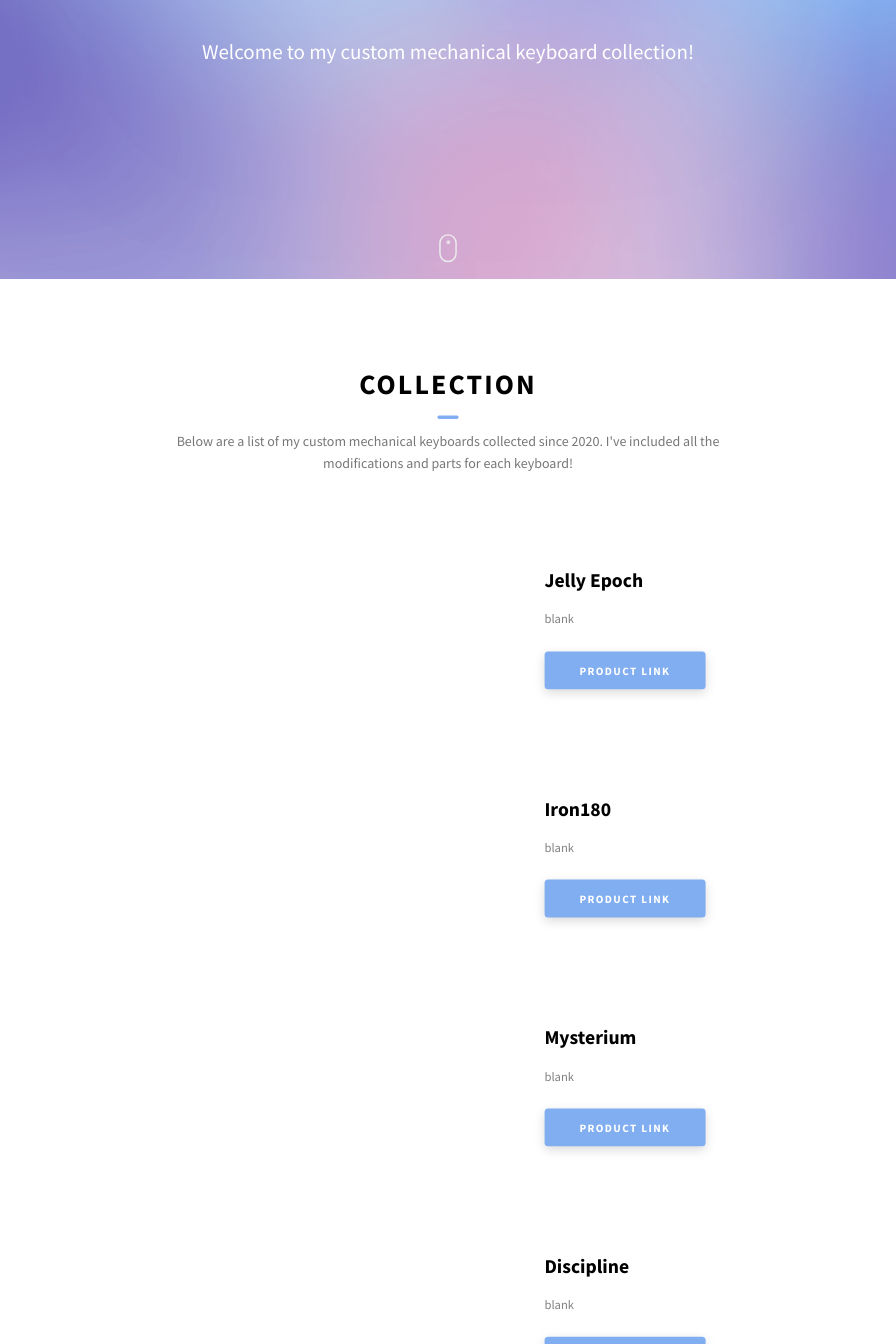
Repository: justinknguyen/Personal-Portfolio
Page: keyboards.html
The author's editor kept a copy of each file at every save. The page is drawn from the files as they stood at one save, then again after the next save.
The browser window is 1280 px wide. The pictures show the part of the page from y = 402 to 2322 px (the page is 2965 px tall), at 70% of full size.
The style sheet was rebuilt from its Sass, Less or Tailwind sources for each picture, by a compiler version that may differ from the author's.

Above is the page before, as saved 2022-09-10 17:07:44.
Console error: TypeError: Cannot read properties of undefined (reading 'style')

After the next save:
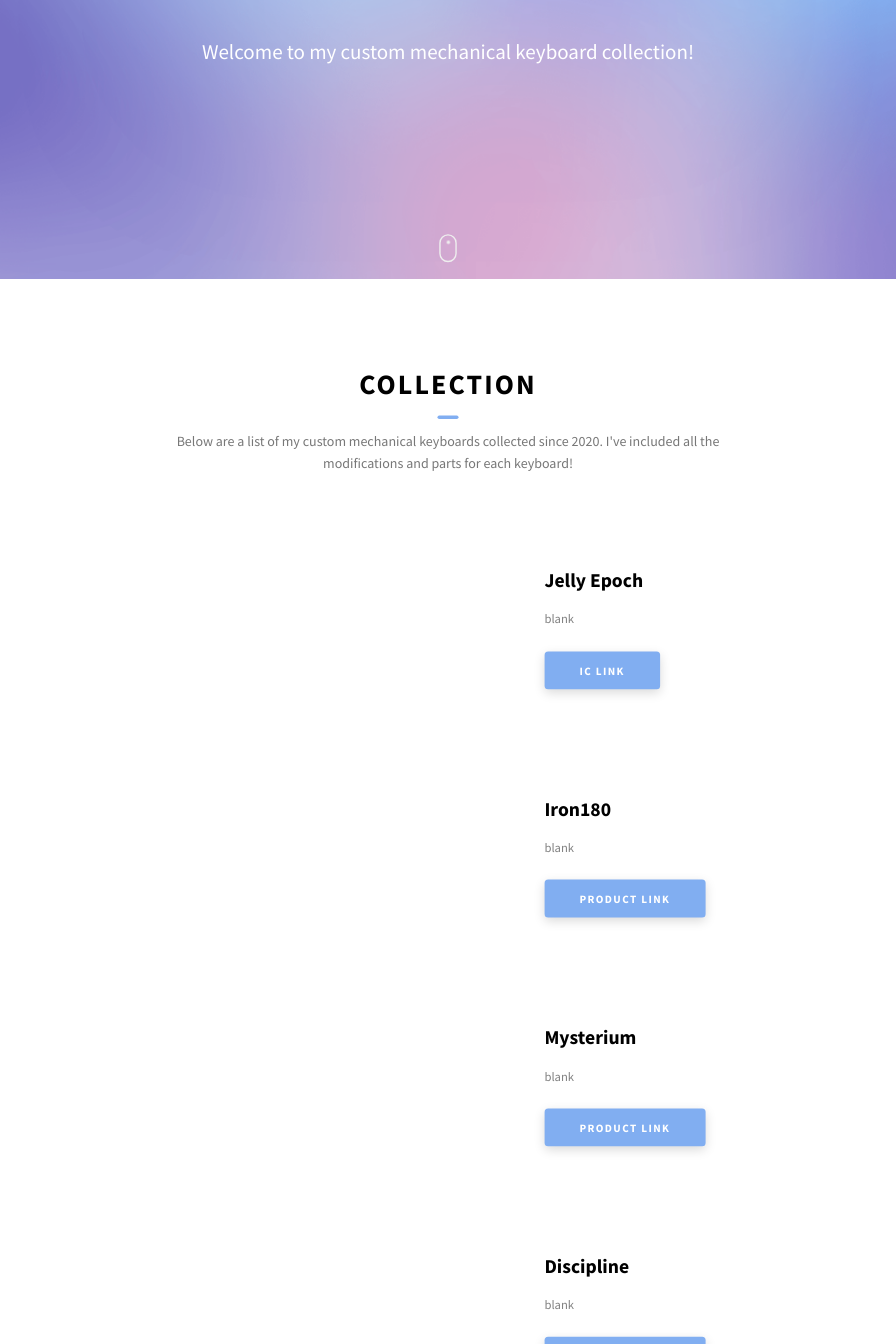
Saved 10 min 57 s later.
--- a/keyboards.html
+++ b/keyboards.html
@@ -150,10 +150,10 @@
                   blank
                 </p>
                 <a
-                  rel="noreferrer" href="https://github.com/justinknguyen/IoT-Projects/blob/main/ESP32%20-%20Dinner/Dinner_ESP32.ino"
-                  class="btn btn--med btn--theme dynamicBgClr"
-                  target="_blank"
-                  >Product Link</a
+                  rel="noreferrer" href="https://geekhack.org/index.php?topic=111841.0"
+                  class="btn btn--med btn--theme dynamicBgClr"
+                  target="_blank"
+                  >IC Link</a
                 >
               </div>
             </div>
